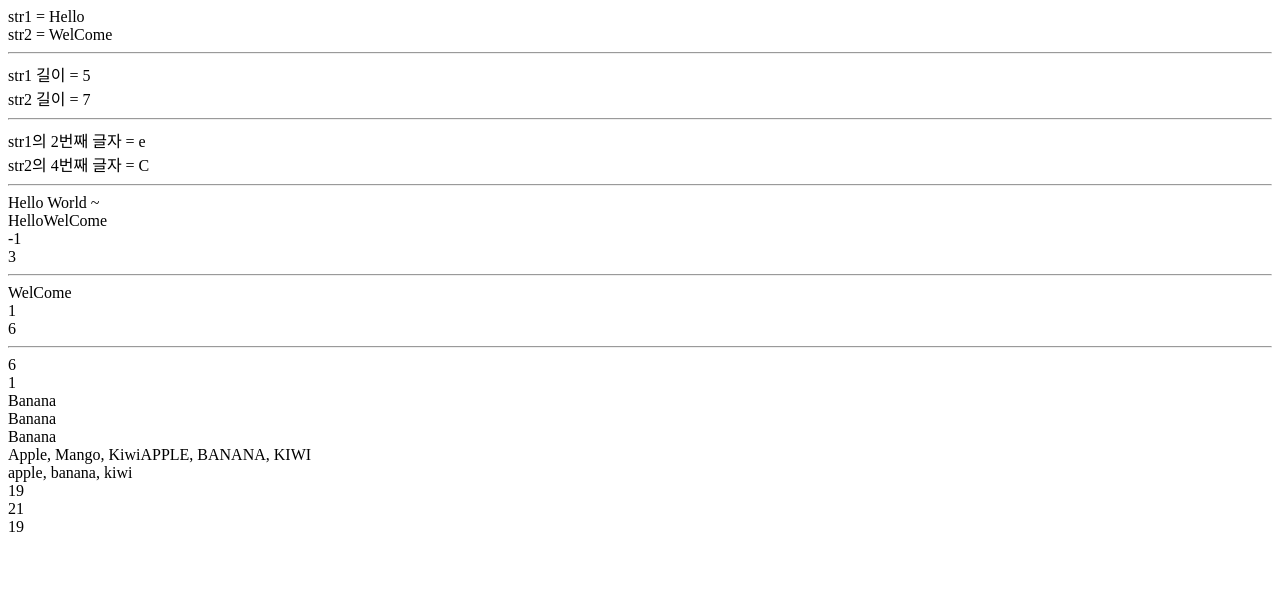
Repository: ady0099/webstudy
Page: 03_javascript/src/main/webapp/day02/ex20_StringClass.html
The author's editor kept a copy of each file at every save. The page is drawn from the files as they stood at one save, then again after the next save.
The browser window is 1280 px wide. The pictures show the whole page.

Above is the page before, as saved 2023-06-29 00:55:17.

### 03_javascript/src/main/webapp/day02/ex20_StringClass.html
<!DOCTYPE html>
<html>
	<head>
		<meta charset="UTF-8">
		<title>String (내장객체)</title>
		<script type="text/javascript">
			// 내장 객체 : javascript가 구동되는 시점에서 바로 제강되며,
		 	// 			javascript코드 어디에서든 사용이 가능하다.
		 	// Object, String, Number, Date, Array, Math, ...

		 	var str1 = "Hello";
			var str2 = new String("WelCome");

			document.write("str1 = "+str1+"<br>");
			document.write("str2 = "+str2+"<br>");
			document.write("<hr>");
			// 길이 : length
			document.write("str1 길이 = "+str1.length+"<br>");
			document.write("str2 길이 = "+str2.length+"<br>");
			document.write("<hr>");
			// n번째 문자 추출 : charAt(n) * n = index = 0부터 시작
			document.write("str1의 2번째 글자 = "+str1.charAt(1)+"<br>");
			document.write("str2의 4번째 글자 = "+str2.charAt(3)+"<br>");
			document.write("<hr>");
			// 문자연결자 : concat(str)
			document.write(str1.concat(" World ~") + "<br>");
			document.write(str1.concat(str2) + "<br>");

			// 해당 문자나 문자열의 위치값 : indexOf('문자 또는 문자열')
			//						 정규식을 사용 못함, -1이면 찾는 문자가 없다.
			document.write(str1.indexOf('C')+"<br>");
			document.write(str2.indexOf('C')+"<br>");
			document.write("<hr>");
			// 해당 문자나 문자열의 위치값 : indexOf('문자 또는 문자열', 시작위치)
			// 첫 번째 e의 위치
			document.write(str2+"<br>");
			document.write(str2.indexOf('e',0)+"<br>");
			// 두 번째 e의 위치
			document.write(str2.indexOf('e',str2.indexOf('e')+1)+"<br>");
			document.write("<hr>");
			document.write(str2.lastIndexOf('e')+"<br>");

			// 해당 문자나 문자열의 위치값 : search('문자 또는 문자열')
			//						 정규식 사용가능, 두 번째 인자는 없다.
			document.write(str2.search('e')+"<br>");

			// 원하는 문자열 추출 : slice, substring, substr
			// slice(begin, end), substring(begin, end) : *end는 포함하지 않는다.
			// substr(begin, 개수)
			str1 = "Apple, Banana, Kiwi";
			document.write(str1.slice(7,13)+"<br>");
			document.write(str1.substring(7,13)+"<br>");
			document.write(str1.substr(7,6)+"<br>");

			// 치환 : replace(old, new) (원본은 변경되지 않는다. 사본이 만들어진다.)
			var str3 = str1.replace("Banana","Mango");
			document.write(str3);

			// 대소문자 변환 : toUpperCase, toLowerCase
			document.write(str1.toUpperCase()+"<br>");
			document.write(str1.toLowerCase()+"<br>");

			// 앞뒤 공백 제거 : trim
			var str4 = " Apple, Banana, Kiwi ";
			document.write(str1.length+"<br>");			// 19
			document.write(str4.length+"<br>");			// 23
			document.write(str4.trim().length+"<br>");	// 19

			// 문자열을 배열로 만들자 (split("구분자"))
			var str5 = "java,jsp,html,css,javascript,spring";
			var str6 = str5.split(",");

			// 배열을 문자열로 만들자.(join("구분자"))

		</script>
	</head>
	<body>

	</body>
</html>

After the next save:
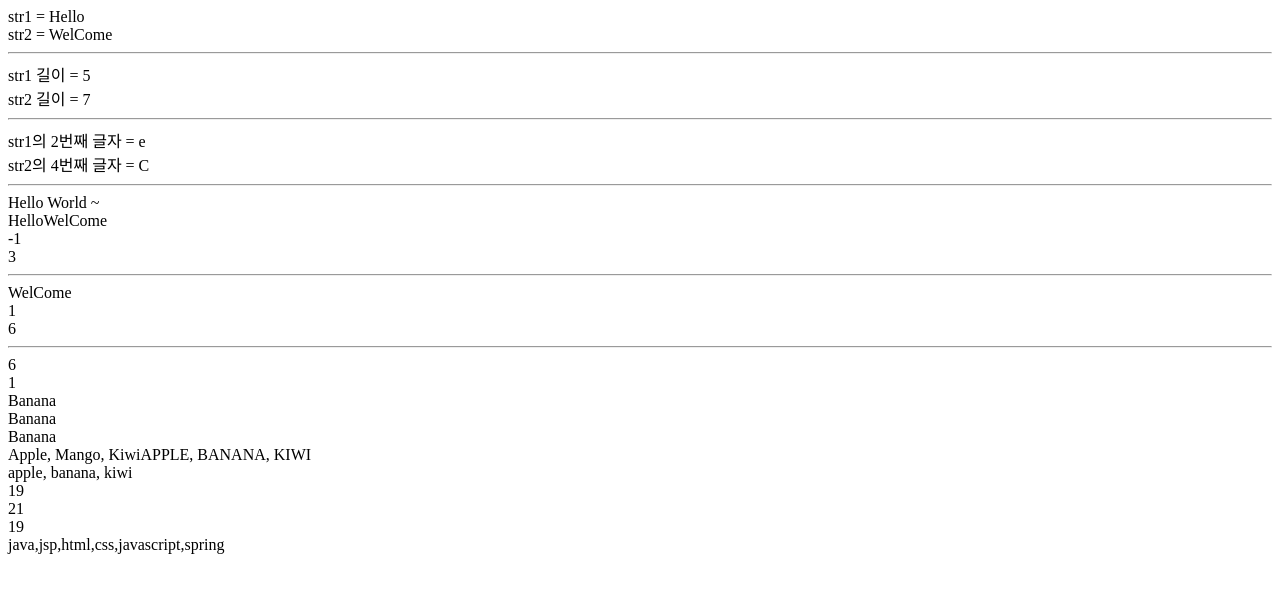
Saved 17 s later.
--- a/03_javascript/src/main/webapp/day02/ex20_StringClass.html
+++ b/03_javascript/src/main/webapp/day02/ex20_StringClass.html
@@ -69,7 +69,7 @@
 			// 문자열을 배열로 만들자 (split("구분자"))
 			var str5 = "java,jsp,html,css,javascript,spring";
 			var str6 = str5.split(",");
-
+			document.write(str6)
 			// 배열을 문자열로 만들자.(join("구분자"))
 
 		</script>

After the 2 saves that followed:
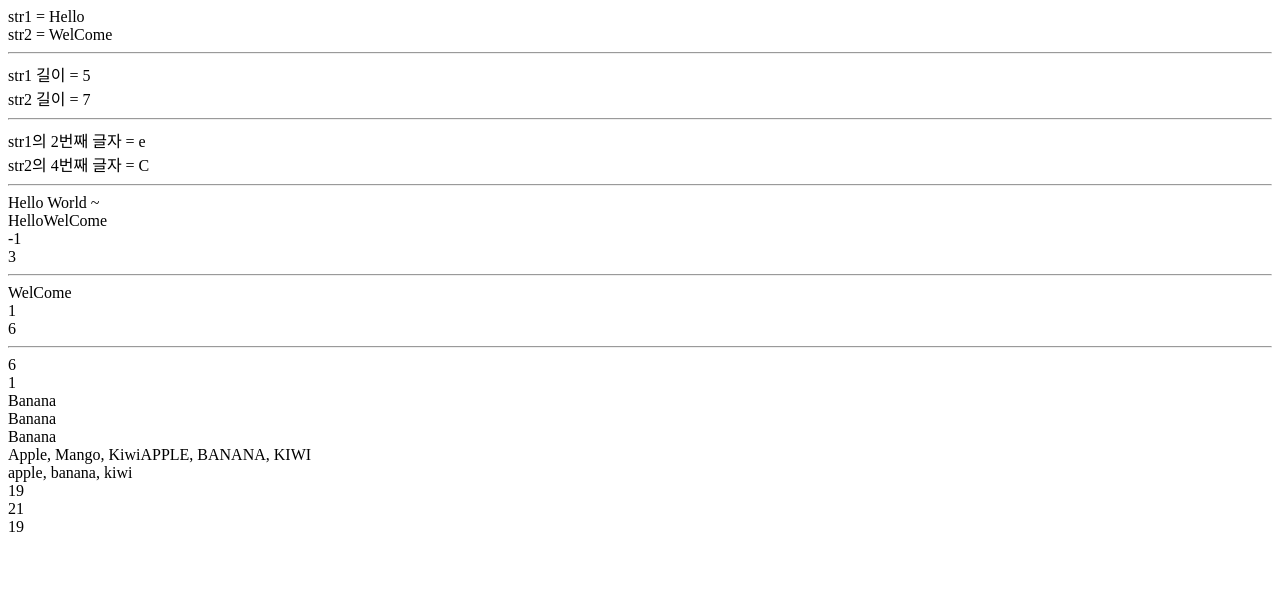
The 2 saves are shown as one change because 1 left the picture as it was.
The last was saved 50 s later.
--- a/03_javascript/src/main/webapp/day02/ex20_StringClass.html
+++ b/03_javascript/src/main/webapp/day02/ex20_StringClass.html
@@ -69,7 +69,12 @@
 			// 문자열을 배열로 만들자 (split("구분자"))
 			var str5 = "java,jsp,html,css,javascript,spring";
 			var str6 = str5.split(",");
-			document.write(str6)
+			// k는 자바와 다르게 인덱스를 뜻한다.
+			for ( var k in str5 ){
+
+			}
+
+
 			// 배열을 문자열로 만들자.(join("구분자"))
 
 		</script>
